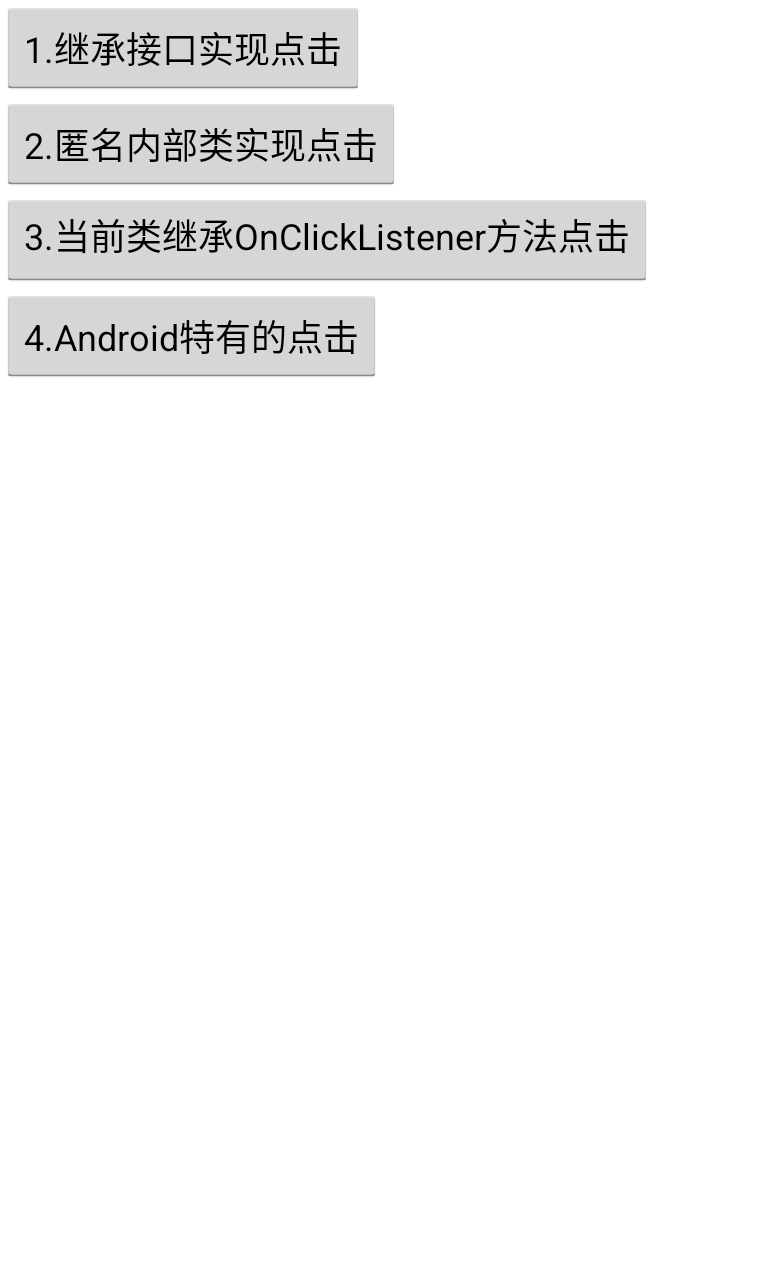
Repository: IvyZh/hm66
Layout: 黑马基础项目/res/layout/activity_service.xml
The author's editor kept a copy of each file at every save. The layout is drawn from the files as they stood at one save, then again after the next save.
It is drawn on a 768 x 1280 px phone screen (xhdpi) without system bars, with theme AppTheme; the app's code is not run.

Above is the layout before, as saved 2016-05-26 07:10:25.

### 黑马基础项目/res/layout/activity_service.xml
<LinearLayout xmlns:android="http://schemas.android.com/apk/res/android"
    xmlns:tools="http://schemas.android.com/tools"
    android:layout_width="match_parent"
    android:layout_height="match_parent"
    android:orientation="vertical" >

    <Button
        android:id="@+id/bt_click1"
        android:layout_width="wrap_content"
        android:layout_height="wrap_content"
        android:onClick="click1"
        android:text="1.继承接口实现点击" />

    <Button
        android:id="@+id/bt_click2"
        android:layout_width="wrap_content"
        android:layout_height="wrap_content"
        android:onClick="click2"
        android:text="2.匿名内部类实现点击" />

    <Button
        android:id="@+id/bt_click3"
        android:layout_width="wrap_content"
        android:layout_height="wrap_content"
        android:gravity="left"
        android:onClick="click3"
        android:text="3.当前类继承OnClickListener方法点击" />

    <Button
        android:id="@+id/bt_click4"
        android:layout_width="wrap_content"
        android:layout_height="wrap_content"
        android:onClick="click4"
        android:text="4.Android特有的点击" />

</LinearLayout>

Loaded but not shown: 黑马基础项目/res/values/styles.xml (common file); 黑马基础项目/res/values-v11/styles.xml (common file); 黑马基础项目/res/values-v14/styles.xml (common file)

After the next save:
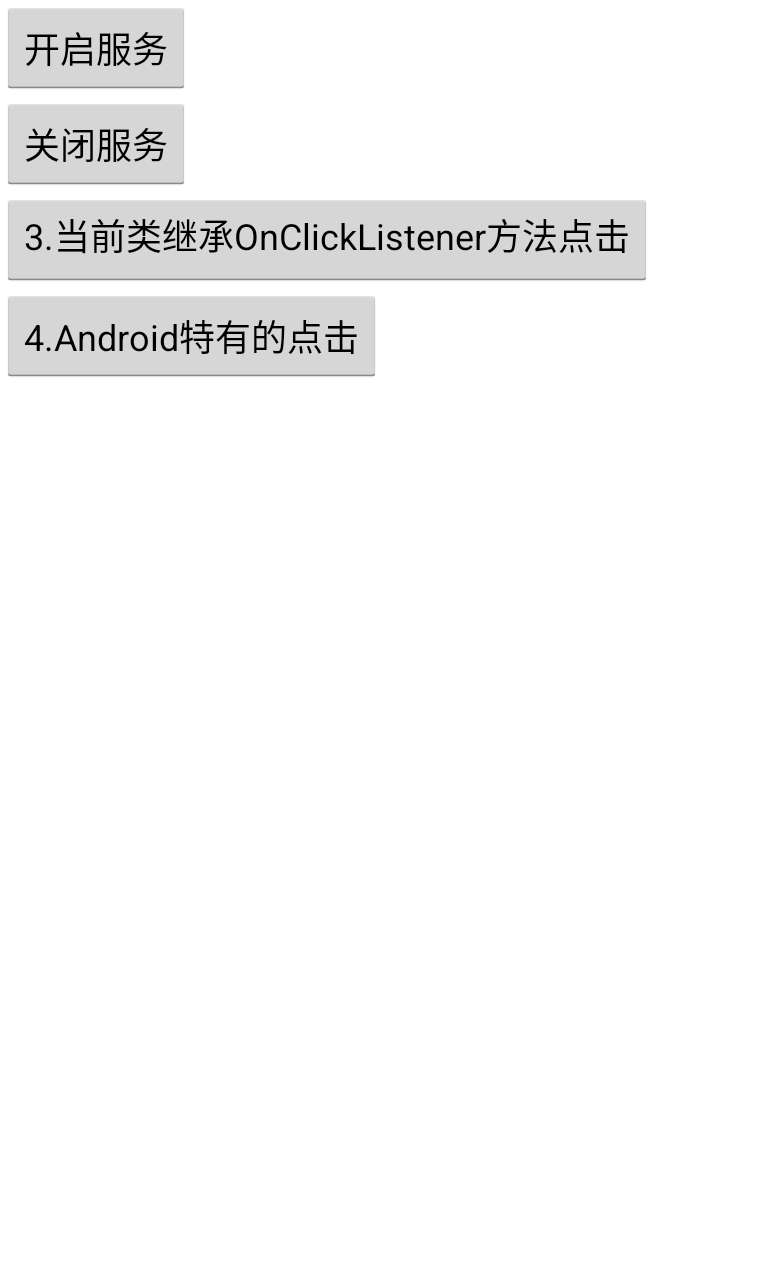
Saved 56 s later.
--- a/黑马基础项目/res/layout/activity_service.xml
+++ b/黑马基础项目/res/layout/activity_service.xml
@@ -9,14 +9,14 @@
         android:layout_width="wrap_content"
         android:layout_height="wrap_content"
         android:onClick="click1"
-        android:text="1.继承接口实现点击" />
+        android:text="开启服务" />
 
     <Button
         android:id="@+id/bt_click2"
         android:layout_width="wrap_content"
         android:layout_height="wrap_content"
         android:onClick="click2"
-        android:text="2.匿名内部类实现点击" />
+        android:text="关闭服务" />
 
     <Button
         android:id="@+id/bt_click3"
